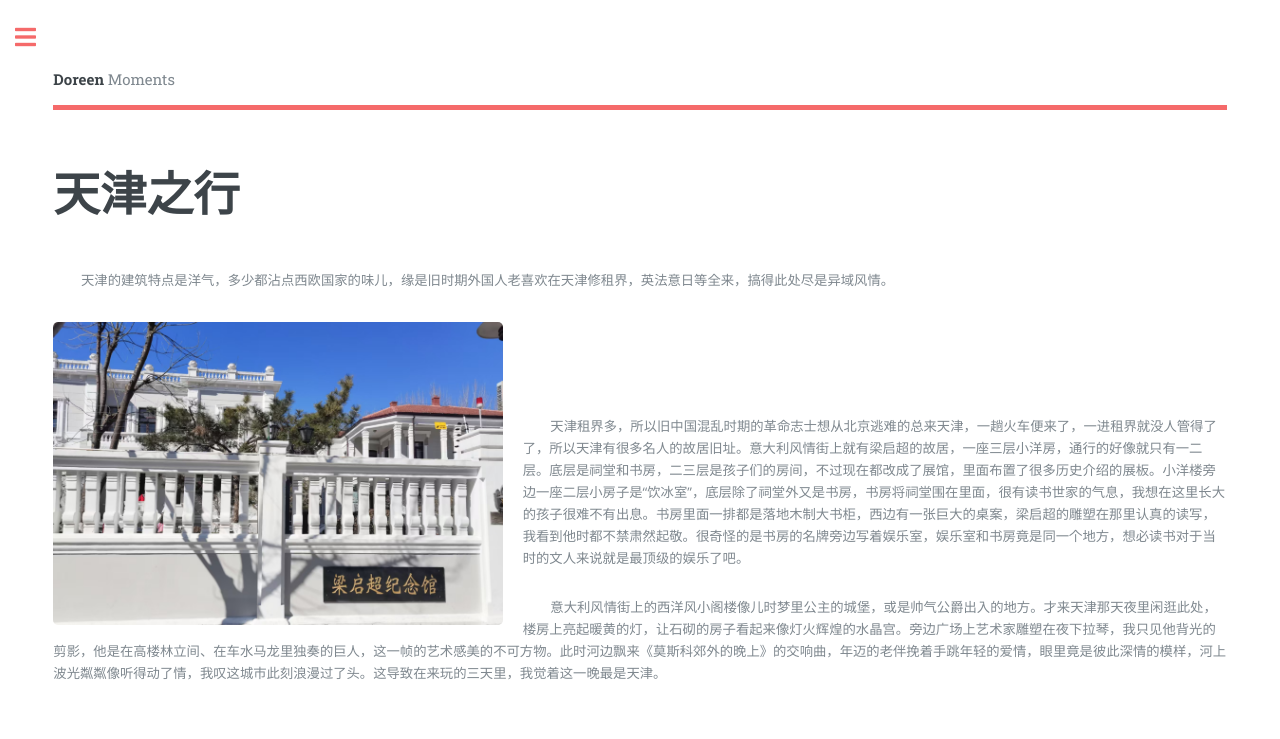
Repository: Hpz3859/Hpz3859.github.io
Page: tianjin_2023_02.html
These files come from the project's save history. The page is drawn as it stood at one moment and after the next save; the edit follows.
The browser window is 1280 px wide. The pictures show the whole page.

Above is the page before, as saved 2025-03-19 19:53:07.

### tianjin_2023_02.html
<!DOCTYPE HTML>
<!--
	Editorial by HTML5 UP
	html5up.net | @ajlkn
	Free for personal and commercial use under the CCA 3.0 license (html5up.net/license)
-->
<html>
	<head>
		<title>Doreen tianjin_2023_02</title>
		<meta charset="utf-8" />
		<meta name="viewport" content="width=device-width, initial-scale=1, user-scalable=no" />
		<link rel="stylesheet" href="assets/css/main.css" />
	</head>
	<body class="is-preload">

		<!-- Wrapper -->
			<div id="wrapper">

				<!-- Main -->
					<div id="main">
						<div class="inner">

							<!-- Header -->
								<header id="header">
									<a href="tianjin_2023_02.html" class="logo"><strong>Doreen</strong> Moments</a>

								</header>

							<!-- Content -->
								<section>
									<header class="main">
										<h1>天津之行</h1>
									</header>

									<p>&nbsp;&nbsp;&nbsp;&nbsp;&nbsp;&nbsp;&nbsp;&nbsp;天津的建筑特点是洋气，多少都沾点西欧国家的味儿，缘是旧时期外国人老喜欢在天津修租界，英法意日等全来，搞得此处尽是异域风情。</p>

									<p>
										<span class="image left"><img src="images/tianjin_1.jpg" alt="" /></span>
										<p>&nbsp;</p>
									<p>&nbsp;</p>
										&nbsp;&nbsp;&nbsp;&nbsp;&nbsp;&nbsp;&nbsp;&nbsp;天津租界多，所以旧中国混乱时期的革命志士想从北京逃难的总来天津，一趟火车便来了，一进租界就没人管得了了，所以天津有很多名人的故居旧址。意大利风情街上就有梁启超的故居，一座三层小洋房，通行的好像就只有一二层。底层是祠堂和书房，二三层是孩子们的房间，不过现在都改成了展馆，里面布置了很多历史介绍的展板。小洋楼旁边一座二层小房子是“饮冰室”，底层除了祠堂外又是书房，书房将祠堂围在里面，很有读书世家的气息，我想在这里长大的孩子很难不有出息。书房里面一排都是落地木制大书柜，西边有一张巨大的桌案，梁启超的雕塑在那里认真的读写，我看到他时都不禁肃然起敬。很奇怪的是书房的名牌旁边写着娱乐室，娱乐室和书房竟是同一个地方，想必读书对于当时的文人来说就是最顶级的娱乐了吧。
									</p>
									<p>&nbsp;&nbsp;&nbsp;&nbsp;&nbsp;&nbsp;&nbsp;&nbsp;意大利风情街上的西洋风小阁楼像儿时梦里公主的城堡，或是帅气公爵出入的地方。才来天津那天夜里闲逛此处，楼房上亮起暖黄的灯，让石砌的房子看起来像灯火辉煌的水晶宫。旁边广场上艺术家雕塑在夜下拉琴，我只见他背光的剪影，他是在高楼林立间、在车水马龙里独奏的巨人，这一帧的艺术感美的不可方物。此时河边飘来《莫斯科郊外的晚上》的交响曲，年迈的老伴挽着手跳年轻的爱情，眼里竟是彼此深情的模样，河上波光粼粼像听得动了情，我叹这城市此刻浪漫过了头。这导致在来玩的三天里，我觉着这一晚最是天津。</p>

								</section>

						</div>
					</div>

				<!-- Sidebar -->
					<div id="sidebar">
						<div class="inner">

							<!-- Search -->
								<section id="search" class="alt">
									<form method="post" action="#">
										<input type="text" name="query" id="query" placeholder="Search" />
									</form>
								</section>

							<!-- Menu -->
								<nav id="menu">
									<header class="major">
										<h2>目录</h2>
									</header>
									<ul>
										<li><a href="./index.html">主页</a></li>
										<li>
											<span class="opener">文章</span>
											<ul>
												<li><a href="experience.html">过往经历</a></li>
												<li><a href="#">数据挖掘</a></li>
												<li><a href="#">量化与投资</a></li>
												<li><a href="moments.html">随笔</a></li>
											</ul>
										</li>
										<li>
											<span class="opener">视频</span>
											<ul>
												<li><a href="#">待更新</a></li>
												<li><a href="#">待更新</a></li>
											</ul>
										</li>

									</ul>
								</nav>

							<!-- Section -->
								<section>
									<header class="major">
										<h2>Ante interdum</h2>
									</header>
									<div class="mini-posts">
										<article>
											<a href="#" class="image"><img src="images/pic07.jpg" alt="" /></a>
											<p>Aenean ornare velit lacus, ac varius enim lorem ullamcorper dolore aliquam.</p>
										</article>
										<article>
											<a href="#" class="image"><img src="images/pic08.jpg" alt="" /></a>
											<p>Aenean ornare velit lacus, ac varius enim lorem ullamcorper dolore aliquam.</p>
										</article>
										<article>
											<a href="#" class="image"><img src="images/pic09.jpg" alt="" /></a>
											<p>Aenean ornare velit lacus, ac varius enim lorem ullamcorper dolore aliquam.</p>
										</article>
									</div>
									<ul class="actions">
										<li><a href="#" class="button">More</a></li>
									</ul>
								</section>



							<!-- Footer -->
								<footer id="footer">
									<p class="copyright">&copy; Untitled. All rights reserved. Demo Images: <a href="https://unsplash.com">Unsplash</a>. Design: <a href="https://html5up.net">HTML5 UP</a>.</p>
								</footer>

						</div>
					</div>

			</div>

		<!-- Scripts -->
			<script src="assets/js/jquery.min.js"></script>
			<script src="assets/js/browser.min.js"></script>
			<script src="assets/js/breakpoints.min.js"></script>
			<script src="assets/js/util.js"></script>
			<script src="assets/js/main.js"></script>

	</body>
</html>

Loaded but not shown: assets/css/fontawesome-all.min.css (library); assets/js/jquery.min.js (library); assets/js/browser.min.js (common file); assets/js/breakpoints.min.js (common file); assets/js/util.js (587 lines, source omitted); assets/js/main.js (262 lines, source omitted); assets/css/main.css (2273 lines, source omitted)

After the next save:
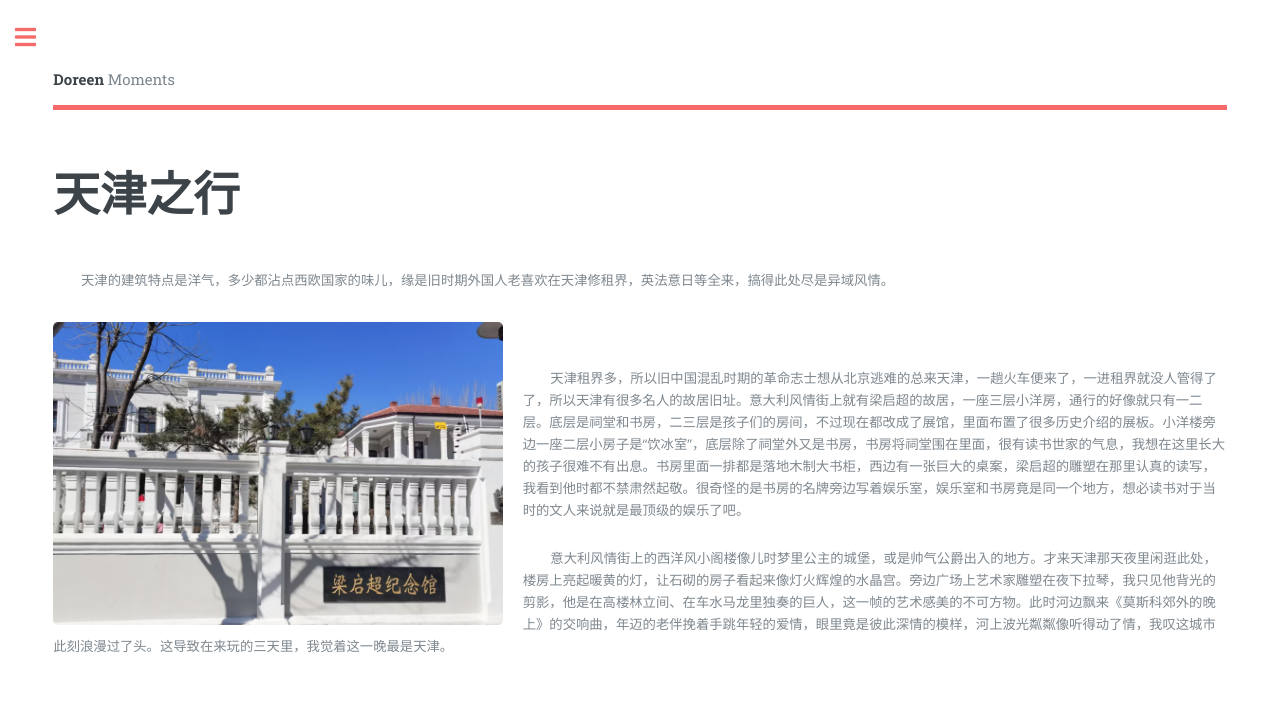
Saved 15 s later.
--- a/tianjin_2023_02.html
+++ b/tianjin_2023_02.html
@@ -37,7 +37,6 @@
 									<p>
 										<span class="image left"><img src="images/tianjin_1.jpg" alt="" /></span>
 										<p>&nbsp;</p>
-									<p>&nbsp;</p>
 										&nbsp;&nbsp;&nbsp;&nbsp;&nbsp;&nbsp;&nbsp;&nbsp;天津租界多，所以旧中国混乱时期的革命志士想从北京逃难的总来天津，一趟火车便来了，一进租界就没人管得了了，所以天津有很多名人的故居旧址。意大利风情街上就有梁启超的故居，一座三层小洋房，通行的好像就只有一二层。底层是祠堂和书房，二三层是孩子们的房间，不过现在都改成了展馆，里面布置了很多历史介绍的展板。小洋楼旁边一座二层小房子是“饮冰室”，底层除了祠堂外又是书房，书房将祠堂围在里面，很有读书世家的气息，我想在这里长大的孩子很难不有出息。书房里面一排都是落地木制大书柜，西边有一张巨大的桌案，梁启超的雕塑在那里认真的读写，我看到他时都不禁肃然起敬。很奇怪的是书房的名牌旁边写着娱乐室，娱乐室和书房竟是同一个地方，想必读书对于当时的文人来说就是最顶级的娱乐了吧。
 									</p>
 									<p>&nbsp;&nbsp;&nbsp;&nbsp;&nbsp;&nbsp;&nbsp;&nbsp;意大利风情街上的西洋风小阁楼像儿时梦里公主的城堡，或是帅气公爵出入的地方。才来天津那天夜里闲逛此处，楼房上亮起暖黄的灯，让石砌的房子看起来像灯火辉煌的水晶宫。旁边广场上艺术家雕塑在夜下拉琴，我只见他背光的剪影，他是在高楼林立间、在车水马龙里独奏的巨人，这一帧的艺术感美的不可方物。此时河边飘来《莫斯科郊外的晚上》的交响曲，年迈的老伴挽着手跳年轻的爱情，眼里竟是彼此深情的模样，河上波光粼粼像听得动了情，我叹这城市此刻浪漫过了头。这导致在来玩的三天里，我觉着这一晚最是天津。</p>
